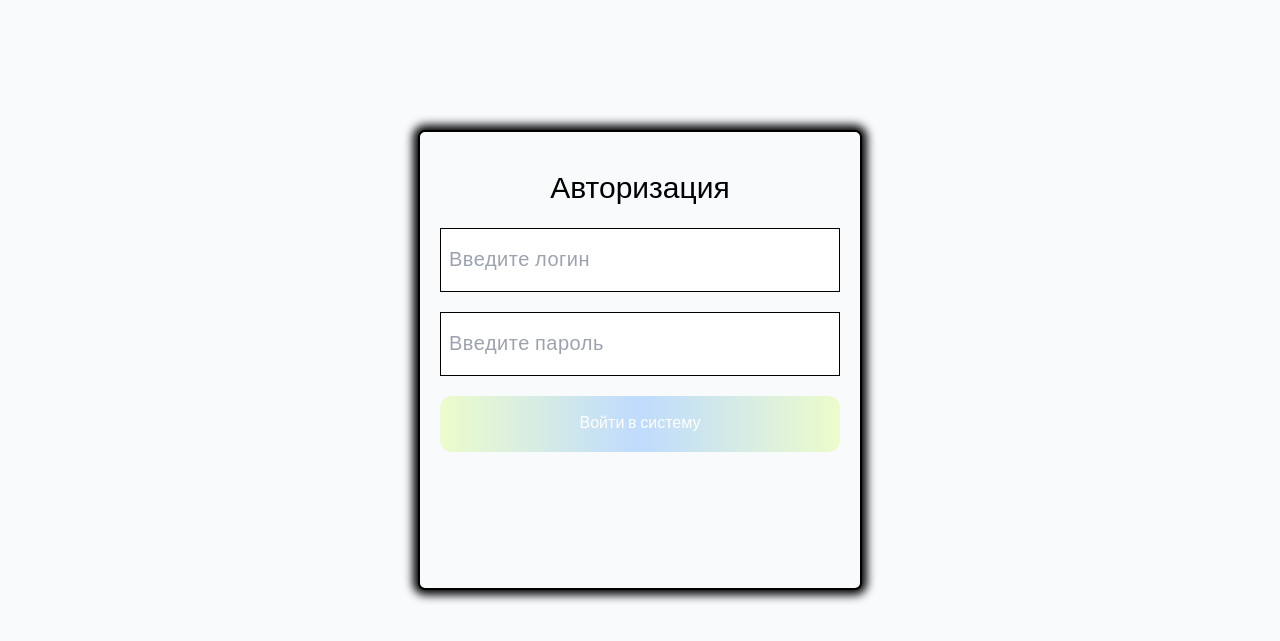
Repository: AlearvickOne/CartridgesApp
Page: /
These files come from the project's save history. The page is drawn as it stood at one moment and after a run of saves; the edit follows.
The browser window is 1280 px wide. The pictures show the whole page.
The page's requests for data from a server got no answer. The project was rebuilt for these pictures with package versions that can differ from the ones it lists, and the page was loaded fresh each time. The framework's server and built-in components were replaced by stand-ins that run in the browser. No one was signed in, and anything a server would have sent is missing. Also part of the build but not shown: next.config.mjs.

Above is the page before, as saved 2024-04-19 15:59:16.

### src/app/layout.tsx
import type { Metadata } from "next";
import { Catamaran } from "next/font/google";
import "./globals.scss";
import { AuthProvider } from "@/Providers/AuthProvider";
import { QueryProvider } from "@/Providers/QueryProvider";

const catamaran = Catamaran({ subsets: ["latin"], weight: ["100", "200", "400", "900"] });

export const metadata: Metadata = {
  title: "Cartridge App",
  description: "Application cartridge",
};

export default function RootLayout({
  children,
}: Readonly<{
  children: React.ReactNode;
}>) {
  return (
    <html lang="en">
      <body className={catamaran.className}>
        <QueryProvider>
          <AuthProvider>{children}</AuthProvider>
        </QueryProvider>
      </body>
    </html>
  );
}

### src/app/page.tsx
import { redirect } from "next/navigation";
import AuthorizationPage from "../components/AuthorizationPage";
import { auth, signIn } from "./api/auth/configs/auth";
import { FormEventHandler } from "react";
import { SignInError } from "@auth/core/errors";
import { AuthError } from "next-auth";
import { unknown } from "zod";

export default async function Home() {
  const session = await auth();

  const handleSubmit = async (
    login: FormDataEntryValue | null,
    password: FormDataEntryValue | null
  ) => {
    "use server";

    try {
      await signIn("credentials", {
        login: login,
        password: password,
        redirectTo: "/lobby",
      });
    } catch (error) {
      if (error instanceof AuthError) {
        switch (error.type) {
          case "CredentialsSignin":
            return "Неверный логин или пароль";
          default:
            return "Not found error";
        }
      }
      throw error;
    }
  };

  return (
    <div>
      <AuthorizationPage handleSubmit={handleSubmit} />
    </div>
  );
}

### src/Providers/AuthProvider.tsx
"use client";

import { SessionProvider } from "next-auth/react";
import { PropsWithChildren } from "react";

export const AuthProvider = ({ children }: PropsWithChildren) => {
  return <SessionProvider>{children}</SessionProvider>;
};

### src/Providers/QueryProvider.tsx
"use client";

import { QueryClient, QueryClientProvider } from "@tanstack/react-query";
import { PropsWithChildren } from "react";

const queryClient = new QueryClient();

export function QueryProvider({ children }: PropsWithChildren) {
  return <QueryClientProvider client={queryClient}>{children}</QueryClientProvider>;
}

### src/components/AuthorizationPage.tsx
"use client";
import styles from "@/styles/home/Home.module.scss";
import { useSession } from "next-auth/react";
import Image from "next/image";
import { useRouter } from "next/navigation";
import { useEffect, useState } from "react";
import SyncIcon from "@mui/icons-material/Sync";

interface ISession {
  handleSubmit: (login: FormDataEntryValue | null, password: FormDataEntryValue | null) => void;
}

function AuthorizationPage({ handleSubmit }: ISession) {
  const [isClick, setIsClick] = useState<boolean>(false);
  const [errorMessage, setErrorMessage] = useState<string | unknown>("");

  const session = useSession();
  console.log(isClick);

  return (
    <main className={styles.authContainer}>
      <div className={styles.authForm_wrapper}>
        <h1 className="mb-5 text-center text-xl">Авторизация</h1>
        <form
          action={async (formData) => {
            const res = await handleSubmit(formData.get("login"), formData.get("password"));
            typeof res !== "undefined" ? setIsClick(false) : setIsClick(true);
            setErrorMessage(res);
          }}
          className={styles.authForm}
        >
          <input type="text" name="login" placeholder="Введите логин" />
          <input type="password" name="password" placeholder="Введите пароль" />
          <button type="submit" onClick={() => setIsClick(true)}>
            {isClick ? <SyncIcon className="animate-spin" /> : "Войти в систему"}
          </button>

          {isClick ? (
            <></>
          ) : (
            <p className="mt-5 text-center text-rose-800 text-xl">{errorMessage as string}</p>
          )}
        </form>
      </div>
    </main>
  );
}

export default AuthorizationPage;

### src/app/api/auth/configs/auth.ts
import NextAuth from "next-auth";
import CredentialsProvider from "next-auth/providers/credentials";
import { UsersAuthStore } from "@/stores/usersStore";
import { IUsersAuth } from "@/types/auth.interface";
import { Provider } from "next-auth/providers";
import { signInSchema } from "../utils/zod";
import { ZodError } from "zod";

const providers: Provider[] = [
  CredentialsProvider({
    credentials: {
      login: { label: "text", type: "text" },
    },
    authorize: async (credentials) => {
      try {
        const { login, password } = await signInSchema.parseAsync(credentials);

        await UsersAuthStore.getAuthUsersActon();
        const user = UsersAuthStore.usersAuth.find((person) => {
          if (person?.login === login && person.password === password) return person;
        });

        if (!user) {
          throw Error("user not found");
        }

        return user as IUsersAuth;
      } catch (error) {
        if (error instanceof ZodError) return null;
        return null;
      }
    },
  }),
];

export const configAuth = {
  providers,
  // pages: { signIn: "/" },
  secret: process.env.AUTH_SECRET,
};

export const {
  auth,
  signIn,
  signOut,
  handlers: { GET, POST },
} = NextAuth(configAuth);

### src/styles/home/Home.module.scss
.authContainer {
  @apply flex justify-center items-center h-screen bg-slate-50 transition-all;

  .authForm_wrapper {
    @apply border-[2px] border-black rounded-[7px] py-10 px-5  bg-slate-50   text-black  shadow-upmd shadow-black;

    > h1 {
      @apply text-black text-3xl;
    }

    .authForm {
      @apply flex flex-col min-w-[25rem] min-h-[20rem];

      > input {
        @apply mb-5 px-2 text-xl tracking-wide outline-gray-900 border-[1px] border-black bg-white text-black w-full h-16;
      }

      > button {
        @apply p-2 rounded-xl hover:text-violet-200 text-white h-14 bg-gradient-to-r from-lime-100 via-blue-200 to-lime-100;
      }
    }
  }
}

### src/stores/usersStore.tsx
import { IUsersAuth } from "@/types/auth.interface";
import { RequiresClass } from "../services/requires.class";

import { observable, action, makeObservable } from "mobx";

class UsersStore {
  usersAuth: IUsersAuth[] = [];

  constructor() {
    makeObservable(this, {
      usersAuth: observable,
      getAuthUsersActon: action,
    });
  }

  getAuthUsersActon = async () => {
    try {
      const res = await RequiresClass.getUserAuthInfo();
      this.usersAuth = res.data;
    } catch (err) {
      console.warn(err);
    }
  };
}

export const UsersAuthStore = new UsersStore();

### src/app/api/auth/utils/zod.ts
import { object, string } from "zod";

export const signInSchema = object({
  login: string({ required_error: "login is required" })
    .min(1, "login is required")
    .max(20, "Длина логина должна составлять не более 20 символов"),
  password: string({ required_error: "Password is required" })
    .min(1, "Пароль должен быть больше")
    .max(20, "Пароль не должен быть больше 20 символов"),
});

### src/services/requires.class.ts
import { IUsersAuth } from "@/types/auth.interface";
import axios from "axios";

class Requires {
  private URL = "https://661e51d298427bbbef042f3e.mockapi.io/";

  async getUserAuthInfo() {
    return await axios.get<IUsersAuth[]>(`${this.URL}users`);
  }
}

export const RequiresClass = new Requires();

### tailwind.config.ts
import type { Config } from "tailwindcss";

const config: Config = {
  content: [
    "./src/pages/**/*.{js,ts,jsx,tsx,mdx}",
    "./src/components/**/*.{js,ts,jsx,tsx,mdx}",
    "./src/app/**/*.{js,ts,jsx,tsx,mdx}",
  ],
  theme: {
    extend: {
      boxShadow: {
        upmd: "0px 0px 10px 5px rgba(0, 0, 0, 0.3)",
      },
      backgroundImage: {
        "gradient-radial": "radial-gradient(var(--tw-gradient-stops))",
        "gradient-conic": "conic-gradient(from 180deg at 50% 50%, var(--tw-gradient-stops))",
      },
    },
  },
  plugins: [],
};
export default config;

Loaded but not shown: src/app/globals.scss (common file)

After the next 3 saves:
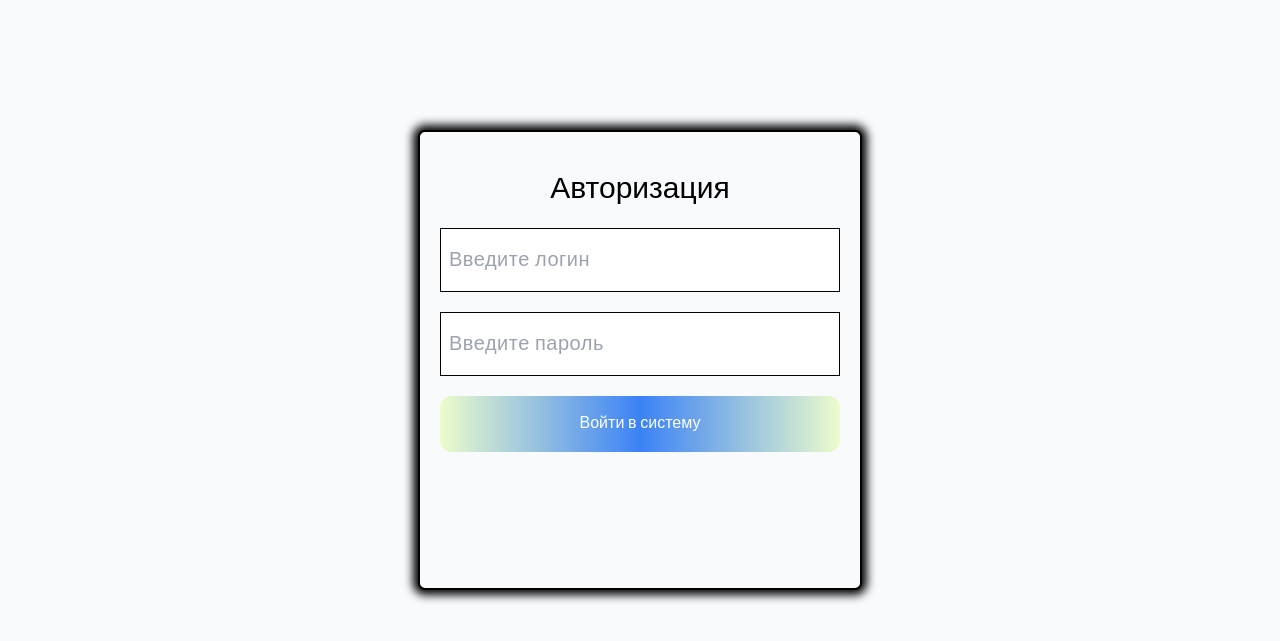
The 3 saves are shown as one change because they came seconds apart.
The last was saved 9 s later.
--- a/src/styles/home/Home.module.scss
+++ b/src/styles/home/Home.module.scss
@@ -16,7 +16,7 @@
       }
 
       > button {
-        @apply p-2 rounded-xl hover:text-violet-200 text-white h-14 bg-gradient-to-r from-lime-100 via-blue-200 to-lime-100;
+        @apply p-2 rounded-xl hover:text-violet-200 text-white h-14 bg-gradient-to-r from-lime-100 via-blue-500 to-lime-100;
       }
     }
   }
